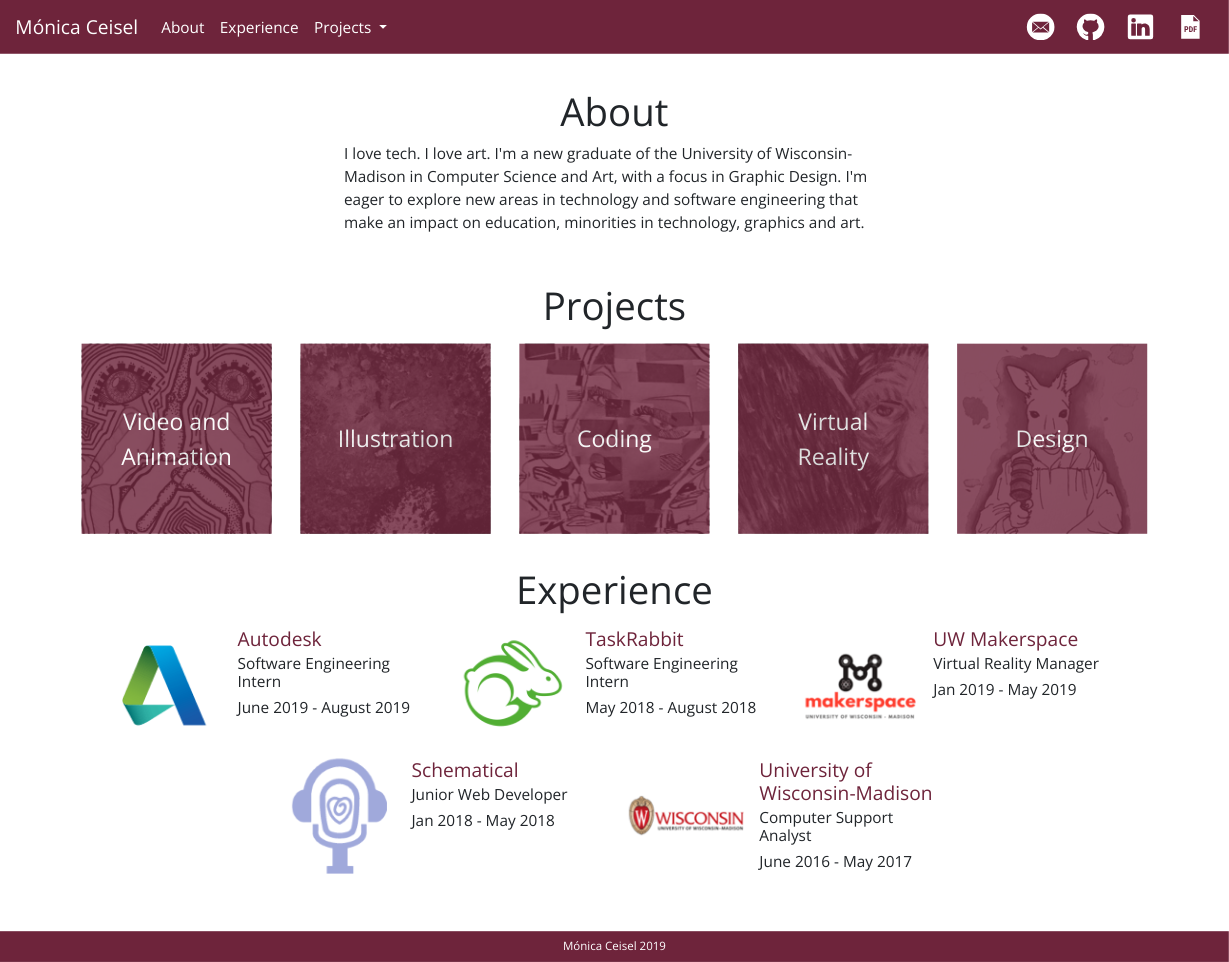
Repository: ceiselm/ceiselm.github.io
Page: index.html
An editor plug-in stored every save of this project. The page is shown before and after the next save, followed by the edit.
The browser window is 1280 px wide. The pictures show the whole page, at 96% of full size.

Above is the page before, as saved 2019-08-07 23:06:40.

### index.html
<!DOCTYPE html>
<html lang="en">

<head>
  <meta charset="utf-8">
  <meta http-equiv="X-UA-Compatible" content="IE=edge">
  <meta name="viewport" content="width=device-width, initial-scale=1">
  <title>M&oacute;nica Ceisel</title>
  <!-- Bootstrap -->
  <link href="css/bootstrap-4.2.1.css" rel="stylesheet">
  <!-- slick -->
  <link rel="stylesheet" type="text/css" href="slick/slick.css" />
  <!-- Add the new slick-theme.css if you want the default styling -->
  <link rel="stylesheet" type="text/css" href="slick/slick-theme.css" />
  <!-- font -->
  <link href="https://fonts.googleapis.com/css?family=Open+Sans&display=swap" rel="stylesheet">
  <!-- overwrites -->
  <link href="css/home.css" rel="stylesheet">
</head>

<body>
  <main>
    <!-- site navigation component START -->
    <nav class="navbar navbar-expand-lg navbar-dark bg-dark">
      <a class="navbar-brand" href="./index.html">M&oacute;nica Ceisel</a>
      <button class="navbar-toggler" type="button" data-toggle="collapse" data-target="#navbarSupportedContent"
        aria-controls="navbarSupportedContent" aria-expanded="false" aria-label="Toggle navigation">
        <span class="navbar-toggler-icon"></span>
      </button>
      <div class="collapse navbar-collapse" id="navbarSupportedContent">
        <ul class="navbar-nav mr-auto">
          <li class="nav-item">
            <a class="nav-link" href="#startAbout">About</a>
          </li>
          <li class="nav-item">
            <a class="nav-link" href="#startExperience">Experience</a>
          </li>
          <li class="nav-item dropdown">
            <a class="nav-link dropdown-toggle" href="#" id="navbarDropdown" role="button" data-toggle="dropdown"
              aria-haspopup="true" aria-expanded="false">
              Projects
            </a>
            <div class="dropdown-menu" aria-labelledby="navbarDropdown">
              <a class="dropdown-item" href="./subpages/coding.html">Coding</a>
              <div class="dropdown-divider"></div>
              <a class="dropdown-item" href="./subpages/illustration.html">Illustration</a>
              <a class="dropdown-item" href="./subpages/design.html">Design</a>
              <a class="dropdown-item" href="./subpages/virtualreality.html">Virtual Reality</a>
              <a class="dropdown-item" href="./subpages/videoandanimation.html">Video and Animation</a>
            </div>
          </li>
        </ul>
      </div>
      <!--		HAVE ICONS APPEAR ON BOTTOM FOR RESPONSIVE!-->
      <div class="navabar navbar-collapse">
        <ul class="navbar-nav ml-auto">
          <li class="nav-item">
            <a target="_blank" href="mailto:ceiselm@gmail.com"><img class="contact-icon" src="images/social/mail.svg"
                title="ceiselm@gmail.com" alt="mail"></a>
            <a target="_blank" href="https://github.com/ceiselm"><img class="contact-icon" src="images/social/github.svg"
                title="ceiselm" alt="github"></a>
            <a target="_blank" href="https://www.linkedin.com/in/monicaceisel/"><img class="contact-icon" src="images/social/linkedin.svg"
                title="monicaceisel" alt="linkedin"></a>
            <!-- <a target="_blank" href="https://twitter.com/Momonimations"><img class="contact-icon" src="images/social/twitter.svg" title="Momonimations" alt="twitter"></a> -->
            <a target="_blank" href="https://drive.google.com/file/d/1Cxu938UaEI__a5fxJjOS7-iBWBv4FZOx/view?usp=sharing"><img
                class="contact-icon" src="images/social/pdf.svg" title="Resume" alt="resume"></a>
          </li>
        </ul>
      </div>
    </nav>
    <!-- site navigation component END -->
    <!-- <hr> -->
    <!-- about START -->
    <div class="container">
        <div class="row justify-content-center">
            <div class="col-10">
    <div class="portion">

      <section>
        <div class="text-center mt-2">
          <div class="container">
            <div class="row">
              <div class="col-12">
                <h1 id="startAbout">About</h1>
                <div class="container">
                  <div class="row justify-content-center">
                    <div class="col col-md-8">
                      <p align="left">I love tech. I love art. I'm a new graduate of the University of Wisconsin-Madison
                        in Computer Science and Art,
                        with a focus in Graphic Design. I'm eager to explore new areas in technology and software
                        engineering that
                        make an impact on education, minorities in technology, graphics and art.
                      </p>
                    </div>
                  </div>
                </div>
                <!-- noteworthy articles -->
                <!--				https://insider.windows.com/en-us/community-news/how-this-coder-artist-grew-superpowers-to-create/-->
                <!--				https://insider.windows.com/en-us/community-news/extraordinary-women-in-computing/-->

                <!-- <div class="wrapper"> -->
                <!-- <div class="portion">
                  <div class="row align-items-center">
                  <div class="container col-lg-10 col-md-10">
                  <div class="slides">
                    <div><img class="slide-item col-sx-4" src="images/carousel/Microsoft.png" alt="First slide"><a class="highlight" href="https://insider.windows.com/en-us/community-news/how-this-coder-artist-grew-superpowers-to-create/">Microsoft Women
                      in Computing Award Winner</a></div>
                    <div><img class="slide-item col-sx-4" src="images/carousel/Target.jpg" alt="Second slide">1st Place for the
                      Target Women in Tech Symposium Hackathon</div>
                    <div><img class="slide-item col-sx-4" src="images/carousel/TaskRabbit.jpg" alt="Third slide">Software
                      Engineering Internship at TaskRabbit</div>
                    </div>
                  </div>
                </div> -->
              </div>
              </div>
            </div>
          </div>
        </div>
      </section>
    </div>
    <!-- about END -->
    <!-- <hr> -->
    <!-- projects START -->
    <div class="portion">
      <section>
        <div class="container">
          <div class="row">
            <div class="col-12 text-center">
              <h1>Projects</h1>
              <!-- <p>Lorem ipsum dolor sit amet, consectetur adipisicing elit. Officia, et, placeat !</p> -->
            </div>
          </div>
          <div class="row mt-2">

            <div class="col-md mt-md-0 mt-1">
              <a href="./subpages/videoandanimation.html">
                <img class="image img-fluid float-right" src="images/buttons/Button03.png" alt="Video and Animation" href="#">
                <div class="overlay">
                  <div class="text">Video and Animation</div>
                </div>
              </a>
            </div>

            <div class="col-md mt-md-0 mt-1">
              <a href="./subpages/illustration.html">
                <img class="image img-fluid float-left" src="images/buttons/Button01.png" alt="Illustration">
                <div class="overlay">
                  <div class="text">Illustration</div>
                </div>
              </a>
            </div>

            <div class="col-md mt-md-0 mt-1">
              <a href="./subpages/coding.html">
                <img class="image img-fluid float-left" src="images/buttons/Button05.png" alt="Coding" href="#">
                <div class="overlay">
                  <div class="text">Coding</div>
                </div>
              </a>
            </div>
            <div class="col-md mt-md-0 mt-1">
              <a href="./subpages/virtualreality.html">
                <img class="image img-fluid float-right" src="images/buttons/Button04.png" alt="Virtual Reality" href="#">
                <div class="overlay">
                  <div class="text">Virtual Reality</div>
                </div>
              </a>
            </div>
            <div class="col-md mt-md-0 mt-1">
              <a href="./subpages/design.html">
                <img class="image img-fluid float-left" src="images/buttons/Button02.png" alt="Design" href="#">
                <div class="overlay">
                  <div class="text">Design</div>
                </div>
              </a>
            </div>
          </div>
        </div>
      </section>
    </div>
  <!-- projects END -->
    <!-- experience START -->
    <!-- <hr> -->
    <div class="portion">
      <section>
        <div class="container">
          <div class="row">
            <div class="col-12 text-center">
              <h1 id="startExperience">Experience</h1>
              <!-- <p>Lorem ipsum dolor sit amet, consectetur adipisicing elit. Quibusdam, magni, doloribus, possimus eum sapiente deleniti doloremque fugit ut expedita molestiae iusto debitis eveniet modi obcaecati ipsam quos quis labore dicta.</p> -->
            </div>
          </div>
        </div>
      </section>
      <section>
        <div class="container mt-2">
          <div class="row align-items-center">
            <div class="col-md-4 col-12">
              <ul class="list-unstyled">
                <li class="media">
                  <img class="mr-3" src="images/companies/120px-Autodesk_logo.svg.png" alt="Autodesk">
                  <div class="media-body">
                    <h5 class="mt-0 mb-1"><a href="https://www.autodesk.com/">Autodesk</a></h5>
                    <h6>Software Engineering Intern</h6>
                    <h6>June 2019 - August 2019</h6>
                  </div>
                </li>
              </ul>
            </div>
            <div class="col-md-4 col-12">
              <ul class="list-unstyled">
                <li class="media">
                  <img class="mr-3" src="images/companies/taskrabbit_logo.png" alt="TaskRabbit">
                  <div class="media-body">
                    <h5 class="mt-0 mb-1"><a href="https://www.taskrabbit.com/">TaskRabbit</a></h5>
                    <h6>Software Engineering Intern</h6>
                    <h6>May 2018 - August 2018</h6>
                  </div>
                </li>
              </ul>
            </div>
            <div class="col-md-4 col-12">
              <ul class="list-unstyled">
                <li class="media">
                  <img class="mr-3" src="images/companies/makerspacelogo.png" alt="Makerspace">
                  <div class="media-body">
                    <h5 class="mt-0 mb-1"><a href="https://making.engr.wisc.edu/">UW Makerspace</a></h5>
                    <h6>Virtual Reality Manager</h6>
                    <h6>Jan 2019 - May 2019</h6>
                  </div>
                </li>
              </ul>
            </div>
          </div>
        <!-- second row -->
        <div class="row">
          <div class="container col-lg-8 col-md-8 col-sm-12 col-xs-12">
                    <div class="row">
            <div class="col">
              <ul class="list-unstyled">
                <li class="media">
                  <img class="mr-3" src="images/companies/castdex_logo.png" alt="Schematical">
                  <div class="media-body">
                    <h5 class="mt-0 mb-1">Schematical</h5>
                    <h6>Junior Web Developer</h6>
                    <h6>Jan 2018 - May 2018</h6>
                  </div>
                </li>
              </ul>
            </div>
            <div class="col">
              <ul class="list-unstyled">
                <li class="media">
                  <img class="mr-3" src="images/companies/uwmadison.png" alt="University of Wisconsin-Madison">
                  <div class="media-body">
                    <h5 class="mt-0 mb-1"><a href="">University of Wisconsin-Madison</a></h5>
                    <h6>Computer Support Analyst</h6>
                    <h6>June 2016 - May 2017</h6>
                  </div>
                </li>
              </ul>

            </div>
            <div>
          </div>
          </div>

        </div>
      </section>
    </div>
  </div>
  </div>
</div>
</div>
  <!-- experience END -->
  </main>
  <!-- footer START -->
  <div class="portion">
    <div class="footer">
      <div class="container h-100">
        <div class="row h-100 justify-content-center align-items-center footer-text">
          <div class="col-12 text-center">
            M&oacute;nica Ceisel 2019
          </div>
        </div>
      </div>
    </div>
  </div>
  <!-- footer END -->
  <!-- jQuery (necessary for Bootstrap's JavaScript plugins) -->
  <script src="js/jquery-3.3.1.min.js"></script>
  <!-- Include all compiled plugins (below), or include individual files as needed -->
  <script src="js/popper.min.js"></script>
  <script src="js/bootstrap-4.2.1.js"></script>
  <script src="js/index.js"></script>
  <!-- slick -->
  <script type="text/javascript" src="slick/slick.min.js"></script>
</body>

</html>

### css/home.css
@charset "utf-8";
/* CSS Document */

body {
  font-family: 'Open Sans', sans-serif;
}

main {
  padding-bottom: 2rem;
}

.footer {
  left: 0;
  bottom: 0;
  width: 100%;
  background-color: #6E243B;
  color: white;
  text-align: center;
  height: 2rem;
  position: relative;
  margin-top: -2rem;
  clear: both;
}

.footer-text {
  font-size: .75rem;
}

.contact-icon {
    height: 1.8em;
    width: 3em;

}

.contact-icon:hover {
    position: relative;
	opacity: .8;
}

.bg-dark {
  background-color: #6E243B !important;
}

.navbar-dark .navbar-nav .nav-link {
    color: rgba(255, 255, 255, 255);
}

h5 {
	color: #6E243B;
}

h5:hover, h5:link, h5:focus {
	color: #EDA200;
}

a {
	text-decoration: none !important;
	color: inherit;
}

a:hover, a:link, a:focus {
	color: inherit;
}

.image {
  position:relative;
  display: block;
  width: 100%;
  height: auto;
  opacity: 0.9;
  transition: 1s ease;
  -webkit-filter: grayscale(100%); /* Safari 6.0 - 9.0 */
  filter: grayscale(100%);
}

.overlay {
  position: relative;
  top: 0;
  bottom: 0;
  left: 0;
  right: 0;
  height: 100%;
  width: 100%;
  opacity: 0.8;
  background-color: #6E243B;
}

.col-md:hover .image {
  opacity: 1;
  -webkit-filter: grayscale(0%); /* Safari 6.0 - 9.0 */
  filter: grayscale(0%);
}

.col-md:hover .overlay {
  opacity: 0;
}


.text {
  color: white;
  font-size: 18pt;
  position: absolute;
  top: 50%;
  left: 50%;
  opacity: 1 !important;
  -webkit-transform: translate(-50%, -50%);
  -ms-transform: translate(-50%, -50%);
  transform: translate(-50%, -50%);
  text-align: center;
}


.slide-item {
  width: 100%;
}


.slick-prev:before {
  color: #6E243B;
}

.slick-next:before {
  color: #6E243B;
}

.slick-dots li.slick-active button::before {
  color: #6E243B;
}

.slick-dots li button::before {
  color: #6E243B;
}

.portion {
  padding-top: 3%;
}

.google-slides-container{
  position: relative;
  width: 100%;
  padding-top: 60%;
  overflow: hidden;
}

.google-slides-container iframe{
  position: absolute;
  top: 0;
  left: 0;
  width: 100%;
  height: 100%;
}

### js/index.js
$(document).ready(function(){
  $('.slides').slick({
    centerMode: true,
    centerPadding: '60px',
    slidesToShow: 1,
    slidesToScroll: 1,
    adaptiveHeight: true,
    dots: true,
    arrows: true,
    variableWidth: true,
    autoplay: true,
    autoplaySpeed: 2000,
    responsive: [
      {
        breakpoint: 768,
        settings: {
          arrows: false,
          centerMode: true,
          centerPadding: '40px',
          slidesToShow: 1
        }
      },
      {
        breakpoint: 480,
        settings: {
          arrows: false,
          centerMode: true,
          centerPadding: '40px',
          slidesToShow: 1
        }
      }
    ]

  });
});

Loaded but not shown: css/bootstrap-4.2.1.css (library); slick/slick.css (common file); slick/slick-theme.css (library); js/jquery-3.3.1.min.js (library); js/popper.min.js (library); js/bootstrap-4.2.1.js (library); slick/slick.min.js (library)

After the next save:
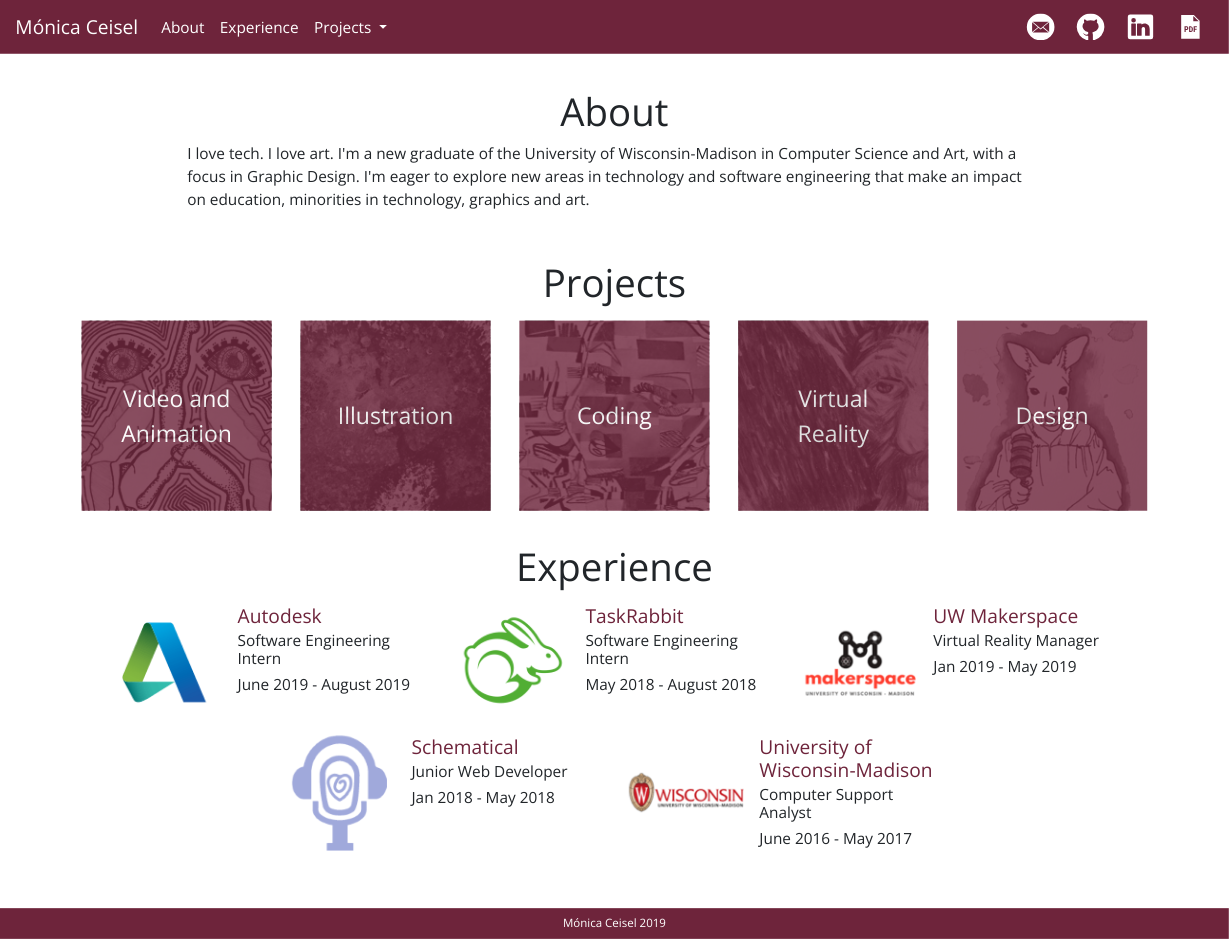
Saved 62 s later.
--- a/index.html
+++ b/index.html
@@ -84,14 +84,14 @@
                 <h1 id="startAbout">About</h1>
                 <div class="container">
                   <div class="row justify-content-center">
-                    <div class="col col-md-8">
+                    <!-- <div class="col col-md-8"> -->
                       <p align="left">I love tech. I love art. I'm a new graduate of the University of Wisconsin-Madison
                         in Computer Science and Art,
                         with a focus in Graphic Design. I'm eager to explore new areas in technology and software
                         engineering that
                         make an impact on education, minorities in technology, graphics and art.
                       </p>
-                    </div>
+                    <!-- </div> -->
                   </div>
                 </div>
                 <!-- noteworthy articles -->
